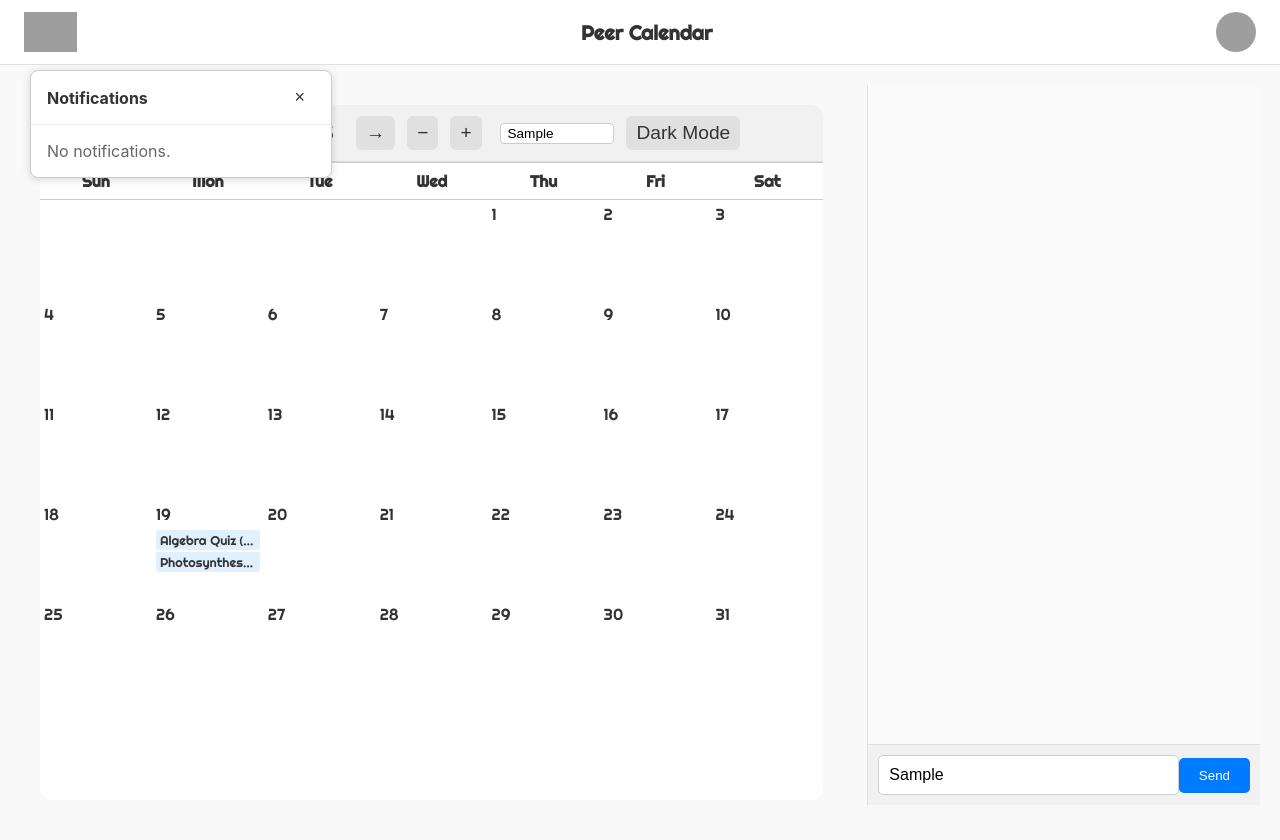
Repository: saifg123/Peer
Page: app.html
These files come from the project's save history. The page is drawn as it stood at one moment and after the next save; the edit follows.
The browser window is 1280 px wide. The pictures show the whole page.
Empty fields were first filled with sample values (such as "Sample", 5 or name@example.com).
After loading, the first visible `#notification-btn` was clicked once.
Pictures or frames that could not be fetched are drawn as grey boxes.

Above is the page before, as saved 2025-05-20 20:00:37.

### app.html
<!DOCTYPE html>
<html lang="en">
<head>
  <meta charset="UTF-8" />
  <meta name="viewport" content="width=device-width, initial-scale=1.0" />
  <title>Peer Calendar</title>
  <link href="https://fonts.googleapis.com/css2?family=Righteous&display=swap" rel="stylesheet" />
  <link rel="stylesheet" href="stylesapp.css" />
  <style>
    .app-header {
      display: flex;
      align-items: center;
      justify-content: space-between;
      padding: 12px 24px;
      background-color: #ffffff;
      border-bottom: 1px solid #e0e0e0;
      position: sticky;
      top: 0;
      z-index: 100;
    }

    .app-logo {
      height: 40px;
    }

    .header-center-text {
      font-family: 'Righteous', sans-serif;
      font-size: 20px;
      font-weight: bold;
      flex-grow: 1;
      text-align: center;
      color: #333;
    }

    .profile-icon {
      height: 40px;
      width: 40px;
      border-radius: 50%;
      object-fit: cover;
    }

    .app-container {
      display: flex;
      flex-direction: row;
      align-items: flex-start;
    }

    .calendar-app {
      flex: 2;
      min-width: 0;
    }

    .chatbox {
      flex: 1;
      min-width: 300px;
      max-width: 400px;
      margin-left: 24px;
      background: #fafafa;
      border-left: 1px solid #e0e0e0;
      height: 100vh;
      display: flex;
      flex-direction: column;
      position: sticky;
      top: 0;
    }

    .chat-messages {
      flex: 1;
      overflow-y: auto;
      padding: 16px;
      display: flex;
      flex-direction: column;
      gap: 10px;
    }

    .chat-message {
      max-width: 70%;
      padding: 10px 14px;
      border-radius: 16px;
      margin-bottom: 4px;
      word-break: break-word;
      display: inline-block;
      clear: both;
    }

    .chat-message.sent {
      align-self: flex-end;
      background: #007bff;
      color: #fff;
      border-bottom-right-radius: 4px;
      border-bottom-left-radius: 16px;
    }

    .chat-message.received {
      align-self: flex-start;
      background: #e4e6eb;
      color: #222;
      border-bottom-left-radius: 4px;
      border-bottom-right-radius: 16px;
    }

    .chat-input-area {
      display: flex;
      justify-content: space-between;
      align-items: center;
      padding: 10px;
      background-color: #f1f1f1;
    }

    #chat-input {
      width: 80%;
      padding: 10px;
      border-radius: 5px;
      border: 1px solid #ccc;
    }

    #chat-send {
      padding: 10px 20px;
      background-color: #007bff;
      color: white;
      border: none;
      border-radius: 5px;
      cursor: pointer;
    }

    #chat-send:hover {
      background-color: #0056b3;
    }

    body.dark-mode {
      background-color: #121212;
      color: #000000;
    }

    body.dark-mode .chatbox {
      background-color: #1e1e1e;
      border-left: 1px solid #333;
    }

    body.dark-mode .chat-message.sent {
      background-color: #4a90e2;
    }

    body.dark-mode .chat-message.received {
      background-color: #2a2a2a;
    }

    body.dark-mode .chat-input-area {
      background-color: #1e1e1e;
    }

    body.dark-mode input,
    body.dark-mode textarea {
      background-color: #333;
      color: #f1eaea;
      border: 1px solid #555;
    }

    body.dark-mode .app-header {
      background-color: #292626;
      border-bottom: 1px solid #333;
    }

    body.dark-mode .header-center-text {
      color: #ffffff;
    }


  </style>
</head>
<body>
  <header class="app-header">
    <img src="logo.png" alt="Logo" class="app-logo" />
    <div class="header-center-text">Peer Calendar</div>
     <img src="profile.jpg" alt="Profile" class="profile-icon" />

  </header>

  <div class="app-container">
    <!-- Calendar Panel -->
    <div class="calendar-app">
      <div id="calendar-controls">
        <button type="button" id="notification-btn" title="Notifications" style="background:none;border:none;cursor:pointer;">
          <span style="font-size: 20px;">🔔</span>
        </button>
        <button type="button" id="prev">&larr;</button>
        <div id="view-label">Month</div>
        <button type="button" id="next">&rarr;</button>
        <button type="button" id="zoom-out">−</button>
        <button type="button" id="zoom-in">+</button>
        <input id="event-search" placeholder="Search…" />
        <div id="notification-center" style="display:none; position:absolute; left:30px; top:70px; width:300px; background:#fff; border:1px solid #ccc; border-radius:8px; box-shadow:0 2px 8px rgba(0,0,0,0.15); z-index:200;">
          <div style="display:flex; justify-content:space-between; align-items:center; padding:10px 16px; border-bottom:1px solid #eee;">
            <span style="font-weight:bold;">Notifications</span>
            <button type="button" id="close-notification-center" style="background:none;border:none;font-size:18px;cursor:pointer;">&times;</button>
          </div>
          <div style="padding:16px; color:#666;">No notifications.</div>
        </div>
        <script>
          // Make notification center draggable
          (function() {
            const notifCenter = document.getElementById('notification-center');
            let isDragging = false, offsetX = 0, offsetY = 0;

            function enableDrag() {
              // Drag handle is the header bar (first child div)
              const dragHandle = notifCenter.querySelector('div');
              if (!dragHandle) return;
              dragHandle.style.cursor = "move";

              dragHandle.addEventListener('mousedown', function(e) {
                isDragging = true;
                const rect = notifCenter.getBoundingClientRect();
                offsetX = e.clientX - rect.left;
                offsetY = e.clientY - rect.top;
                document.body.style.userSelect = "none";
                notifCenter.style.zIndex = 999;
              });

              document.addEventListener('mousemove', function(e) {
                if (isDragging) {
                  notifCenter.style.left = (e.clientX - offsetX) + "px";
                  notifCenter.style.top = (e.clientY - offsetY) + "px";
                  notifCenter.style.right = "auto";
                  notifCenter.style.position = "fixed"; // <-- Make sure it's fixed for dragging
                }
              });

              document.addEventListener('mouseup', function() {
                isDragging = false;
                document.body.style.userSelect = "";
              });
            }

            // Enable drag after DOMContentLoaded
            if (document.readyState === "loading") {
              document.addEventListener("DOMContentLoaded", enableDrag);
            } else {
              enableDrag();
            }
          })();
        </script>
        <button type="button" id="toggle-dark-mode">Dark Mode</button>
      </div>
      <script>
        const notifBtn = document.getElementById('notification-btn');
        const notifCenter = document.getElementById('notification-center');
        const notifClose = document.getElementById('close-notification-center');
        notifBtn.addEventListener('click', () => {
          notifCenter.style.display = notifCenter.style.display === 'none' ? 'block' : 'none';
        });
        notifClose.addEventListener('click', () => {
          notifCenter.style.display = 'none';
        });
        // Optional: close notification center if clicking outside
        document.addEventListener('mousedown', (e) => {
          if (notifCenter.style.display === 'block' && !notifCenter.contains(e.target) && e.target !== notifBtn) {
        notifCenter.style.display = 'none';
          }
        });
      </script>
      <div id="calendar-view"></div>
      <div id="calendar"></div>
    </div>

    <div id="event-modal" class="hidden">
      <div id="event-modal-content">
        <div id="event-modal-header">
          <span id="event-modal-date"></span>
          <button type="button" id="event-modal-close">&times;</button>
        </div>
        <textarea id="event-modal-text" placeholder="Add a note..."></textarea>
        <button type="button" id="event-modal-save">Save</button>
      </div>
    </div>

    <!-- Chat Panel -->
    <div class="chatbox">
      <div id="chat-messages" class="chat-messages"></div>
      <div class="chat-input-area">
        <input type="text" id="chat-input" placeholder="Type a message…" />
        <button type="button" id="chat-send">Send</button>
      </div>
    </div>
  </div>

  <script src="script.js"></script>
</body>
</html>

### stylesapp.css
/* Base */
body {
  margin: 0;
  font-family: -apple-system, BlinkMacSystemFont, sans-serif;
  background: #f9f9f9;
  color: #333;
}
.calendar-app {
  max-width: 900px;
  margin: 20px 0 20px 20px;
  /* ✨ Rounded outer container */
  border-radius: 12px;
  background: #fff;           /* ensure bgcolor behind rounded edges */
  overflow: hidden;
}

/* Controls */
#calendar-controls {
  display: flex;
  align-items: center;
  justify-content: center;
  gap: 12px;
  padding: 10px;
  background: #f1f1f1;
  border-bottom: 1px solid #ddd;
}
#calendar-controls button {
  font-size: 1.2em;
  padding: 6px 10px;
  background: #e0e0e0;
  color: #333;
  border: none;
  border-radius: 6px;
  cursor: pointer;
}
#calendar-controls button:hover {
  background: #d0d0d0;
}
#view-label {
  font-size: 1.2em;
  font-weight: 600;
  margin: 0 10px;
}

/* Transition wrapper */
.calendar-view {
  opacity: 1;
  transform: scale(1);
  transition: opacity 0.3s, transform 0.3s;
}
.calendar-view.transitioning {
  opacity: 0;
  transform: scale(0.98);
}

/* ========== DAY VIEW ========== */
.day-grid {
  font-family: Righteous, sans-serif;
  display: grid;
  grid-template-rows: repeat(24, 40px);
  border-left: 1px solid #ccc;
  position: relative;
}
.day-cell {
  font-family: Righteous, sans-serif;
  border-top: 1px solid #eee;
  padding-left: 50px;
  position: relative;
  display: flex;
  flex-direction: column;
  justify-content: flex-start;
  overflow-y: auto;
  padding: 2px;
  transition: background 0.2s;
}


.day-cell span {
  font-family: Righteous, sans-serif;
  position: absolute;
  left: 0;
  top: 0;
  font-size: 12px;
  color: #888;
}

/* ========== WEEK VIEW ========== */
.week-grid {
  font-family: Righteous, sans-serif;
  display: flex;
  flex-direction: column;
}
.week-labels {
  font-family: Righteous, sans-serif;
  display: grid;
  grid-template-columns: repeat(7, 1fr);
  background: #fafafa;
  border-bottom: 1px solid #ccc;
}
.week-label {
  font-family: Righteous, sans-serif;
  text-align: center;
  padding: 8px 0;
  font-weight: bold;
}
.week-row {
  font-family: Righteous, sans-serif;
  display: grid;
  grid-template-columns: repeat(7, 1fr);
  height: 45px; /* Or whatever height you want for each day */
}

.week-cell {
  font-family: Righteous, sans-serif;
  border: 1px solid #eee;
  position: relative;
  padding: 2px;
  display: flex;
  flex-direction: column;
  align-items: flex-start;
  overflow-y: auto;
  transition: background 0.2s;
}



/* ========== MONTH VIEW ========== */
.month-grid {
  font-family: Righteous, sans-serif;
  display: grid;
  grid-template-columns: repeat(7, 1fr);
  border-top: 1px solid #ccc;
}
.month-labels {
  font-family: Righteous, sans-serif;
  display: contents;
}
.month-label {
  font-family: Righteous, sans-serif;
  text-align: center;
  font-weight: bold;
  padding: 8px 0;
  border-bottom: 1px solid #ccc;
}
.month-row {
  font-family: Righteous, sans-serif;
  display: contents;
}
.month-cell {
  font-family: Righteous, sans-serif;
  height: 100px; /* or whatever height you want */
  overflow: hidden;
  display: flex;
  flex-direction: column;
  padding: 4px;
  box-sizing: border-box;
}

.month-cell .event-item {
  font-family: Righteous, sans-serif;
  align-self: flex-start; /* assignment goes under the date */
}

.month-cell.empty {
  font-family: Righteous, sans-serif;
  background: #f9f9f9;
  color: #ccc;
}



/* ========== MULTI‐MONTH (Quarter/Semester/Year) ========== */
.multi-month-grid {
  font-family: Righteous, sans-serif;
  display: grid;
  grid-template-columns: repeat(auto-fit, minmax(220px,1fr));
  gap: 20px;
  padding: 20px;
}
.month-tile {
  font-family: Righteous, sans-serif;
  background: #fff;
  border: 1px solid #ddd;
  border-radius: 10px;
  padding: 10px;
  position: relative;
  box-shadow: 0 1px 3px rgba(0,0,0,0.1);
}
.month-title {
  font-family: Righteous, sans-serif;
  text-align: center;
  font-weight: 600;
  margin-bottom: 8px;
}
.month-weekdays {
  font-family: Righteous, sans-serif;
  display: grid;
  grid-template-columns: repeat(7,1fr);
  font-size: 0.8em;
  font-weight: bold;
  text-align: center;
  color: #555;
  margin-bottom: 4px;
}
.month-days {
  font-family: Righteous, sans-serif;
  display: grid;
  grid-template-columns: repeat(7,1fr);
  text-align: center;
}
.day {
  font-family: Righteous, sans-serif;
  padding: 4px 0;
  font-size: 0.85em;
  /* ✨ Rounded mini‐cells + hover */
  border-radius: 4px;
  transition: background 0.2s;
}
.empty { visibility: hidden; }
.day:hover {
  font-family: Righteous, sans-serif;
  background: #e6f7ff;
}
.day.highlight {
  font-family: Righteous, sans-serif;
  background-color: #ffeb3b;
  font-weight: bold;
  border: 2px solid #f57c00;
  border-radius: 4px;
}
/* === Flex container for calendar + chat === */
.app-container {
  display: flex;
  gap: 20px;
  padding: 20px;
}



.chat-messages {
  flex: 1;
  padding: 10px;
  overflow-y: auto;
}

.chat-message {
  margin-bottom: 8px;
  padding: 6px 10px;
  border-radius: 8px;
  max-width: 80%;
}

.chat-message.user {
  background: #e0f7fa;
  align-self: flex-end;
}

.chat-message.bot {
  background: #f1f1f1;
  align-self: flex-start;
}

.chat-input-area {
  display: flex;
  border-top: 1px solid #ddd;
}

#chat-input {
  flex: 1;
  border: none;
  padding: 10px;
  font-size: 1em;
  outline: none;
}

#chat-send {
  border: none;
  background: #007aff;
  color: white;
  padding: 0 20px;
  cursor: pointer;
}
#chat-send:hover {
  background: #005ec2;
}
#event-search {
  margin-left: 0.5em;
  padding: 2px 6px;
  font-size: 0.85em;
  border: 1px solid #ccc;
  border-radius: 4px;
  width: 100px;
}
#event-modal {
  position: fixed;
  top: 0; left: 0;
  width: 100vw; height: 100vh;
  background: rgba(0, 0, 0, 0.4);
  display: flex;
  align-items: center;
  justify-content: center;
  z-index: 999;
}

#event-modal.hidden {
  display: none;
}

#event-modal-content {
  background: white;
  padding: 1em;
  border-radius: 6px;
  width: 300px;
  box-shadow: 0 2px 10px rgba(0,0,0,0.2);
  display: flex;
  flex-direction: column;
}

#event-modal-header {
  display: flex;
  justify-content: space-between;
  align-items: center;
  margin-bottom: 0.5em;
}

#event-modal-header span {
  font-weight: bold;
}

#event-modal-close {
  background: none;
  border: none;
  font-size: 1.2em;
  cursor: pointer;
}

#event-modal-text {
  width: 180px;
  height: 40px;
  font-size: 0.9em;
  resize: none;
  margin-bottom: 0.5em;
  padding: 4px;
}

/* Align the Add Note button to the right of the day header */
.day-header {
  display: flex;
  justify-content: space-between;
  align-items: center;
}
#open-note-day {
  font-size: 0.9em;
  padding: 4px 8px;
  border: none;
  background: #007aff;
  color: white;
  border-radius: 4px;
  cursor: pointer;
}
#open-note-day:hover {
  background: #005ec2;
}


/* Style the note banner under the header */
.note-banner {
  background: #fffae6;
  color: #333;
  padding: 4px 8px;
  margin: 4px 0;
  border: 1px solid #ffd54f;
  border-radius: 4px;
  cursor: grab;
  user-select: none;
}

/* When dragging */
.note-banner:active {
  opacity: 0.6;
}

/* Allow dropping into hour slots */
.day-cell {
  position: relative;
}
.day-cell.drag-over {
  background: #e0ffe0;
}
/* Force the modal textarea to be small */
#event-modal-text {
  width: 180px !important;
  height: 40px !important;
  min-height: 0 !important;
  resize: none !important;
  font-size: 0.9em;
  padding: 4px;
  box-sizing: border-box;
}
/* Day-view cells */
.day-cell {
  /* your existing rules… */
  transition: background 0.2s;
}
.day-cell:hover {
  background: #e6f7ff;
}

/* Week-view cells */
.week-cell {
  /* your existing rules… */
  transition: background 0.2s;
}
.week-cell:hover {
  background: #e6f7ff;
}

/* Month-view cells */
.month-cell {
  /* your existing rules… */
  transition: background 0.2s;
}
.month-cell:hover {
  background: #e6f7ff;
}
.note-banner {
  background: #e8f0fe;
  border-left: 4px solid #4285f4;
  padding: 4px 6px;
  margin: 4px 0;
  font-size: 0.85em;
  border-radius: 4px;
}
.event-item {
  font-size: 0.8em;
  background: #e0f0ff;
  margin: 2px 0;
  padding: 2px 4px;
  border-radius: 3px;
  white-space: nowrap;
  overflow: hidden;
  text-overflow: ellipsis;
}

.month-events {
  flex: 1;
  overflow-y: auto;
  margin-top: 4px;
}


.month-cell {
  display: flex;
  flex-direction: column;
  padding: 4px;
  box-sizing: border-box;
}
.note-banner {
  background: #fffdc4;
  border-left: 4px solid #f0c000;
  padding: 4px 8px;
  margin-top: 4px;
  font-size: 0.9em;
  border-radius: 4px;
}
.smooth-dragging {
  position: absolute;
  z-index: 10000;
  pointer-events: none;
  background: #ffe478;
  padding: 10px 14px;
  border-radius: 8px;
  box-shadow: 0 6px 16px rgba(0, 0, 0, 0.3);
  transform: rotate(-2deg) scale(1.05);
  animation: wobble-float 0.5s infinite ease-in-out;
}

@keyframes wobble-float {
  0%   { transform: rotate(-2deg) translateY(0); }
  50%  { transform: rotate(-3deg) translateY(-3px); }
  100% { transform: rotate(-2deg) translateY(0); }
}

.note-banner.drop-bounce {
  animation: drop-bounce 0.3s ease-out;
}

@keyframes drop-bounce {
  0%   { transform: scale(1.1) translateY(-4px); }
  100% { transform: scale(1) translateY(0); }
}

Loaded but not shown: script.js (566 lines, source omitted)

After the next save:
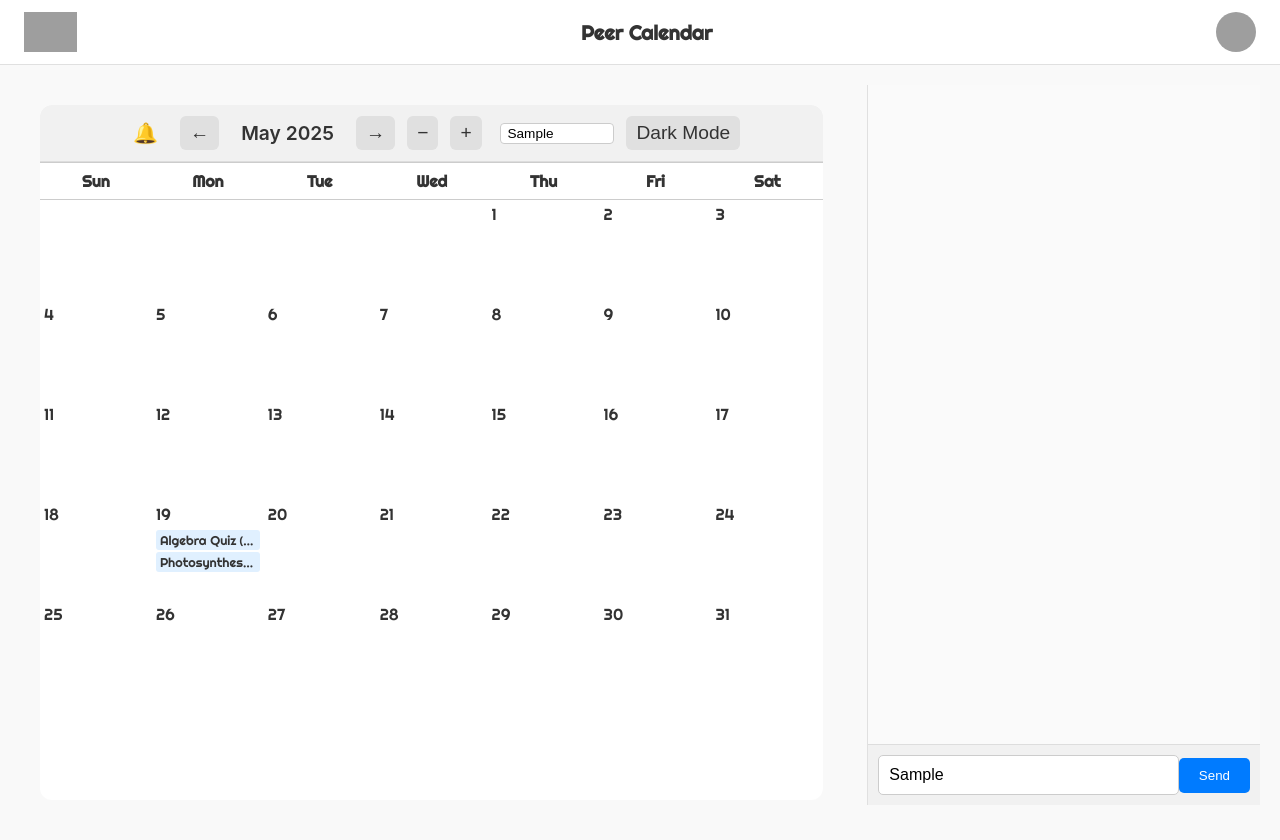
Saved 58 s later.
--- a/app.html
+++ b/app.html
@@ -197,7 +197,52 @@
           <div style="padding:16px; color:#666;">No notifications.</div>
         </div>
         <script>
-          // Make notification center draggable
+            // Make notification center draggable
+
+            // Add zoom-in/out animation to notification center
+            (function() {
+            const notifCenter = document.getElementById('notification-center');
+            notifCenter.style.transition = "transform 0.22s cubic-bezier(.4,1.4,.6,1), opacity 0.18s";
+            notifCenter.style.transformOrigin = "top left";
+            notifCenter.style.opacity = "0";
+            notifCenter.style.transform = "scale(0.85)";
+
+            function showNotifCenter() {
+              notifCenter.style.display = "block";
+              // Force reflow for transition
+              void notifCenter.offsetWidth;
+              notifCenter.style.opacity = "1";
+              notifCenter.style.transform = "scale(1)";
+            }
+            function hideNotifCenter() {
+              notifCenter.style.opacity = "0";
+              notifCenter.style.transform = "scale(0.85)";
+              setTimeout(() => {
+              notifCenter.style.display = "none";
+              }, 180);
+            }
+
+            // Patch notification button logic
+            const notifBtn = document.getElementById('notification-btn');
+            const notifClose = document.getElementById('close-notification-center');
+            notifBtn.addEventListener('click', () => {
+              if (notifCenter.style.display === 'none' || notifCenter.style.opacity === "0") {
+              showNotifCenter();
+              } else {
+              hideNotifCenter();
+              }
+            });
+            notifClose.addEventListener('click', hideNotifCenter);
+            document.addEventListener('mousedown', (e) => {
+              if (
+              notifCenter.style.display === 'block' &&
+              !notifCenter.contains(e.target) &&
+              e.target !== notifBtn
+              ) {
+              hideNotifCenter();
+              }
+            });
+            })();
           (function() {
             const notifCenter = document.getElementById('notification-center');
             let isDragging = false, offsetX = 0, offsetY = 0;
